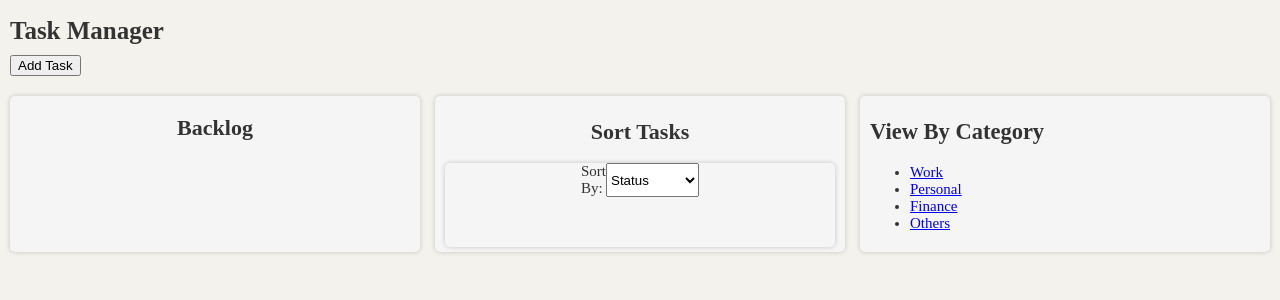
Repository: n-shen/task-tracker
Page: / (app in frontend/)
An editor plug-in stored every save of this project. The page is shown before and after the next save, followed by the edit.
The browser window is 1280 px wide. The pictures show the whole page.
The project was rebuilt for these pictures with package versions that can differ from the ones it lists, and the page was loaded fresh each time. Also part of the build but not shown: frontend/src/components/taskManager/addTask.jsx, frontend/src/components/tasks/task.jsx, frontend/src/components/taskManager/categoryTasks.jsx. Imported but missing from the stored project, and not drawn on this page: frontend/src/reportWebVitals.

Above is the page before, as saved 2023-04-20 14:12:26.

After the next save:
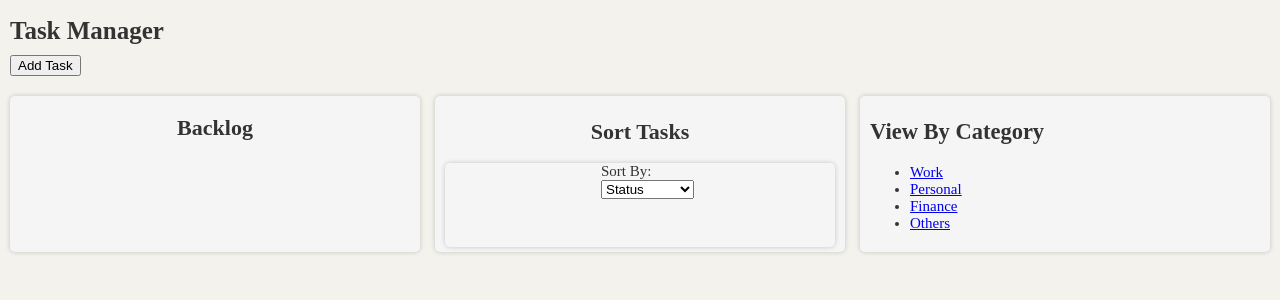
Saved 6 s later.
--- a/frontend/src/styles/sortTasks.css
+++ b/frontend/src/styles/sortTasks.css
@@ -23,8 +23,6 @@
 }
 
 .sort--select {
-  display: flex;
-  justify-content: center;
   width: 20%;
   padding-bottom: 1rem;
 }
